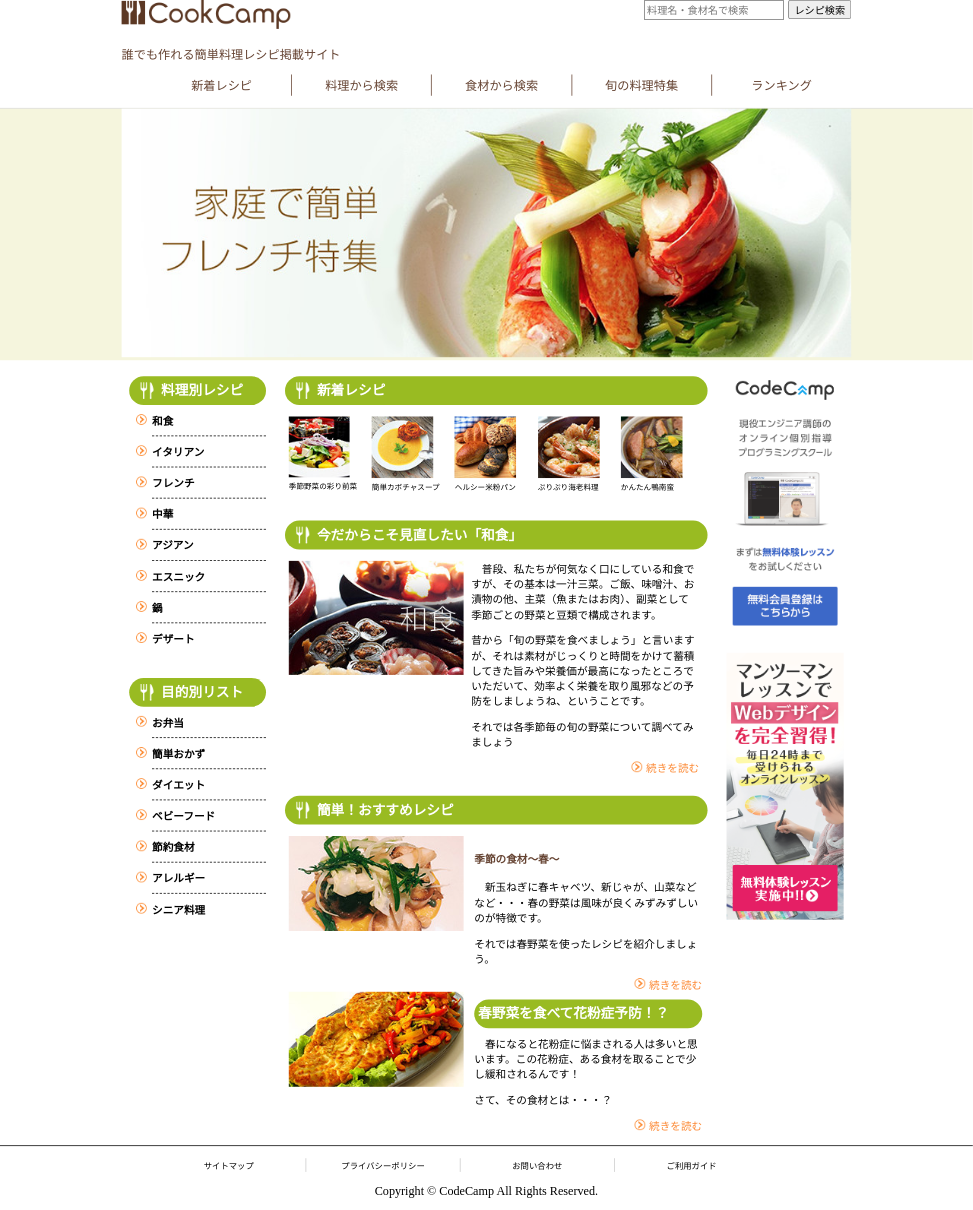
Repository: tomimaler/dc_work_tamachi_inagaki_html
Page: cookcamp/cookcamp.html
The author's editor kept a record of every edit. The page is drawn from the files as they stood at one moment, then again after the next edit.
The browser window is 1280 px wide. The pictures show the whole page, at 76% of full size.

Above is the page before.

### cookcamp/cookcamp.html
<!DOCTYPE html>
<html lang="ja">
 <head>
  <meta charset="UTF-8">
  <title>CookCamp</title>
  <link rel="stylesheet" href="cookcamp.css">

 <body>
  <header>
    <div class="container">
        <img class="logo" src="images/structure/logo.png">
        <input type="submit" value="レシピ検索">
        <input id="search" type="text" name="search" placeholder="料理名・食材名で検索">
        <p>誰でも作れる簡単料理レシピ掲載サイト</p>
        <ul class="header-menu">
            <a href="#"><li class="menu1">新着レシピ</li></a>
            <a href="#"><li>料理から検索</li></a>
            <a href="#"><li>食材から検索</li></a>
            <a href="#"><li>旬の料理特集</li></a>
            <a href="#"><li>ランキング</li></a>
        </ul>
    </div>
 </header>
 <main>
    <div class="container">
        <img class="mainView" src="images/contents/mainView.jpg">
        <nav class="left-column">
            <div class="recipe-nav">
                <h3><img src="images/icon/dish.png">料理別レシピ</h3>
                <ul class="recipe-list">
                    <a href="#"><li>和食</li></a>
                    <a href="#"><li>イタリアン</li></a>
                    <a href="#"><li>フレンチ</li></a>
                    <a href="#"><li>中華</li></a>
                    <a href="#"><li>アジアン</li></a>
                    <a href="#"><li>エスニック</li></a>
                    <a href="#"><li>鍋</li></a>
                    <a href="#"><li>デザート</li></a>
                </ul>
            </div>
            <div class="recipe-nav">
                <h3><img src="images/icon/dish.png">目的別リスト</h3>
                <ul class="recipe-list">
                    <a href="#"><li>お弁当</li></a>
                    <a href="#"><li>簡単おかず</li></a>
                    <a href="#"><li>ダイエット</li></a>
                    <a href="#"><li>ベビーフード</li></a>
                    <a href="#"><li>節約食材</li></a>
                    <a href="#"><li>アレルギー</li></a>
                    <a href="#"><li>シニア料理</li></a>
                </ul>
            </div>
        </nav>
        <div class="main-column">
            <div class="article">
                <h3><img src="images/icon/dish.png">新着レシピ</h3>
                <div class="section">
                    <div class="new-recipes">
                        <div class="new-recipe">
                            <img src="images/contents/newRecipes1.jpg" alt="季節野菜の彩り前菜">
                            <p>季節野菜の彩り前菜</p>
                        </div>
                        <div class="new-recipe">
                            <img src="images/contents/newRecipes2.jpg" alt="簡単カボチャスープ">
                            <p>簡単カボチャスープ</p>
                        </div>
                        <div class="new-recipe">
                            <img src="images/contents/newRecipes3.jpg" alt="ヘルシー米粉パン">
                            <p>ヘルシー米粉パン</p>
                        </div>
                        <div class="new-recipe">
                            <img src="images/contents/newRecipes4.jpg" alt="ぷりぷり海老料理">
                            <p>ぷりぷり海老料理</p>
                        </div>
                        <div class="new-recipe">
                            <img src="images/contents/newRecipes5.jpg" alt="かんたん鴨南蛮">
                            <p>かんたん鴨南蛮</p>
                        </div>
                    </div>
                </div>
            </div>
            <div class="article">
                <h3><img src="images/icon/dish.png">今だからこそ見直したい「和食」</h3>
                <div class="section">
                    <img class="section-img" src="images/contents/topics.jpg" alt="和食" align="left">
                    <div class="section-text">
                        <p>　普段、私たちが何気なく口にしている和食ですが、その基本は一汁三菜。ご飯、味噌汁、お漬物の他、主菜（魚またはお肉）、副菜として季節ごとの野菜と豆類で構成されます。</p>
                        <p>昔から「旬の野菜を食べましょう」と言いますが、それは素材がじっくりと時間をかけて蓄積してきた旨みや栄養価が最高になったところでいただいて、効率よく栄養を取り風邪などの予防をしましょうね、ということです。</p>
                        <p>それでは各季節毎の旬の野菜について調べてみましょう</p>
                        <a href="#"><img src="images/icon/arrow.png" alt="arrow">続きを読む</a>
                    </div>
                </div>
            </div>
            <div class="article">
                <h3><img src="images/icon/dish.png">簡単！おすすめレシピ</h3>
                <div class="section">
                    <img class="section-img" src="images/contents/pushRecipes1.jpg" alt="春">
                    <div class="section-text">
                        <h4>季節の食材～春～</h4>
                        <p>　新玉ねぎに春キャベツ、新じゃが、山菜などなど・・・春の野菜は風味が良くみずみずしいのが特徴です。</p>
                        <p>それでは春野菜を使ったレシピを紹介しましょう。</p>
                        <a href="#"><img src="images/icon/arrow.png" alt="arrow">続きを読む</a>
                    </div>
                    <img class="section-img" src="images/contents/pushRecipes2.jpg" alt="花粉症">
                    <div class="section-text">
                        <h3>春野菜を食べて花粉症予防！？</h3>
                        <p>　春になると花粉症に悩まされる人は多いと思います。この花粉症、ある食材を取ることで少し緩和されるんです！</p>
                        <p>さて、その食材とは・・・？</p>
                        <a href="#"><img src="images/icon/arrow.png" alt="arrow">続きを読む</a>
                    </div>
                </div>
            </div>
        </div>
        <aside class="right-column">
            <a href="#"><img src="images/contents/right1.png"></a>
            <a href="#"><img src="images/contents/right2.png"></a>
        </aside>
    </div>
</main>
<footer>
    <div class="container">
        <ul class="footer-list">
            <a href="#"><li>サイトマップ</li></a>
            <a href="#"><li>プライバシーポリシー</li></a>
            <a href="#"><li>お問い合わせ</li></a>
            <a href="#"><li>ご利用ガイド</li></a>
        </ul>
        <p>Copyright &copy; CodeCamp All Rights Reserved.</p>
    </div>
</footer>
</body>
</html>

### cookcamp/cookcamp.css
body {
    margin:0;
}

.container {
    width:960px;
    margin:0 auto;
}

main {
    background-color:#f5f5dd;
    font-family:"Yu Gothic";
    font-weight:500;
}

a {
    text-decoration:none;
}

header, footer {
    background-color:white;
}

header {
    border-bottom:1px solid #cccccc;
}

header logo {
    float:left;
}

header p{
    color:#664433;
    clear:both;
}

header input {
    float:right;
}

#search {
    height:20px;
    margin-right:5px;
}

.header-menu {
    display:flex;
    text-align:center;
    list-style:none;
}

.header-menu a+ a {
    border-left:1px solid;
}

.header-menu a {
    color:#664433;
    flex:1;
    padding:2px;
}

.mainView {
    width:100%;
}

.recipe-nav {
    margin:10px 5px 20px 5px;
    padding:1px 5px;
    background-color:white;
}

h3 {
    background-color:#99bb22;
    padding:5px;
    margin:10px 0;
    border-radius:25px;
    line-height:28px;
    font-size:18px;
    color:white;
}

h3 img {
    margin-left:10px;
    margin-right:10px;
    vertical-align:-18%;
}

.recipe-list {
    list-style-image: url('images/icon/arrow.png');
    margin:0;
    font-size:12px;
    padding-left:30px;
}

.recipe-list a {
    display:block;
    color:black;
    width:100%;
}

.recipe-list li {
    margin:10px 0;
    font-size:14px;
    font-weight:bold;
}

.recipe-list a+ a {
    border-top:1px dashed;
}

.new-recipes {
    display:flex;
/*flexbox内の画像が左に寄っているので中央に寄せたい*/
}

.new-recipe {
    flex:1;
    justify-content: center;
    align-items:center;
}

.new-recipe img {
    margin:0 auto;
    padding-bottom:0;
}

.new-recipe p {
    font-size:10px;
    width:100%;
    margin-top:0;
    padding-top:0;
}

.section-img {
    display:inline-block;
}

.section-text {
    display:inline-block;
    vertical-align:top;
    margin-left:10px;
    font-size:14px;
    width:300px;
}

.section-text p {
    margin-top:0;
}

.section-text a{
    color:#fc8833;
    vertical-align:top;
    float:right;
}

.section-text img {
    margin-right:5px;
}

h4 {
    color:#664433;
}

.article {
    margin:10px;
    padding:1px 5px;
    background-color:white;
}

.section {
    padding:5px;
}

.right-column img {
    margin:10px;
}

.left-column {
    width:200px;
    float:left;
}

.main-column {
    width:586px;
    float:left;
}

.right-column {
    width:155px;
    float:left;
}

.clearfix::after {
content: "";
display: block;
clear: both;
}

footer {
    clear:both;
    border-top:1px solid;
    text-align:center;
}

.footer-list {
    display:flex;
    text-align:center;
    list-style:none;
}

.footer-list a {
    flex-basis:200px;
    padding:1px;
    font-size:11px;
    color:black;
}

.footer-list a+ a {
    border-left:1px solid #cccccc;
}

After the next edit:
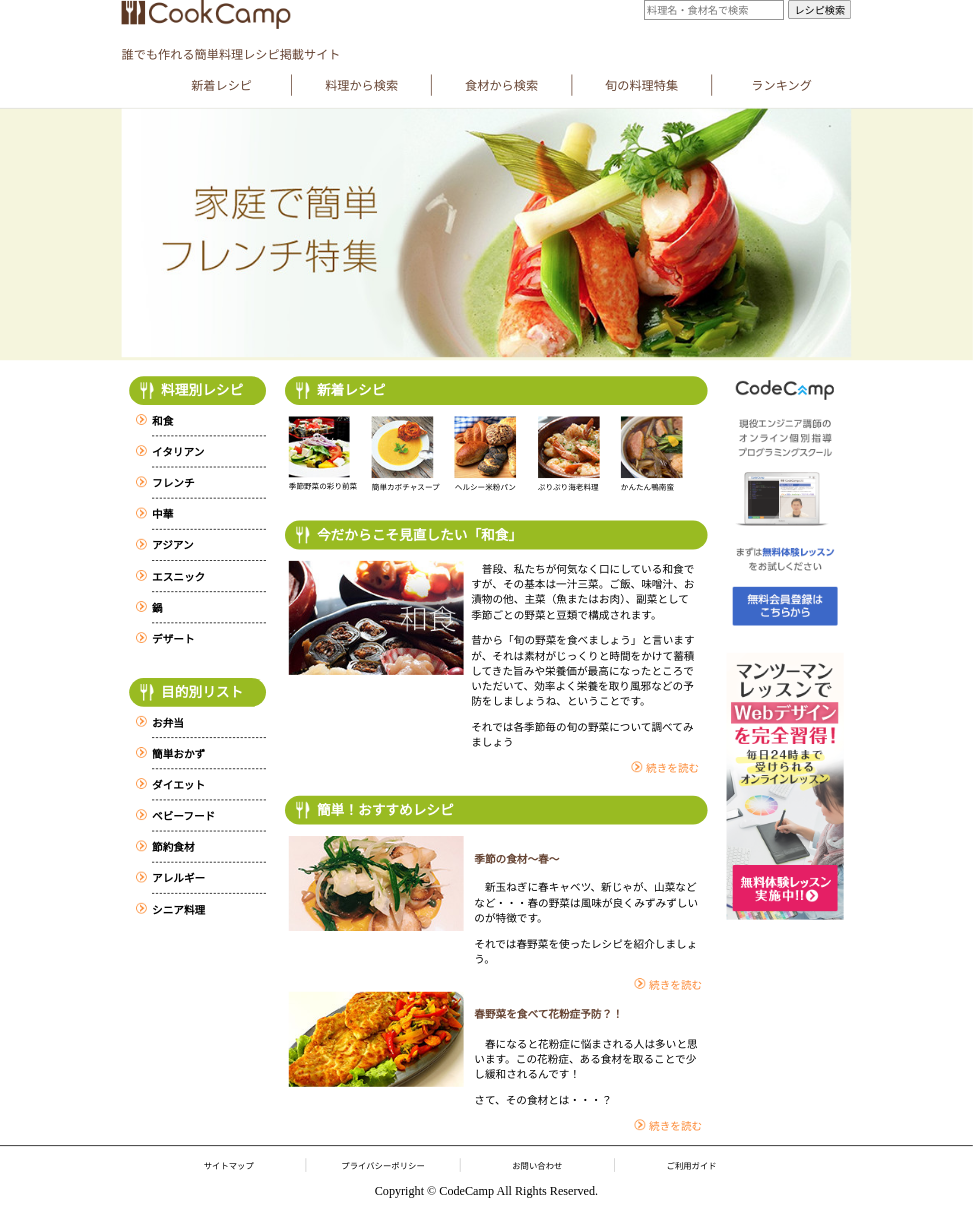
The edit:
--- a/cookcamp/cookcamp.html
+++ b/cookcamp/cookcamp.html
@@ -103,7 +103,7 @@
                     </div>
                     <img class="section-img" src="images/contents/pushRecipes2.jpg" alt="花粉症">
                     <div class="section-text">
-                        <h3>春野菜を食べて花粉症予防！？</h3>
+                        <h4>春野菜を食べて花粉症予防？！</h4>
                         <p>　春になると花粉症に悩まされる人は多いと思います。この花粉症、ある食材を取ることで少し緩和されるんです！</p>
                         <p>さて、その食材とは・・・？</p>
                         <a href="#"><img src="images/icon/arrow.png" alt="arrow">続きを読む</a>
